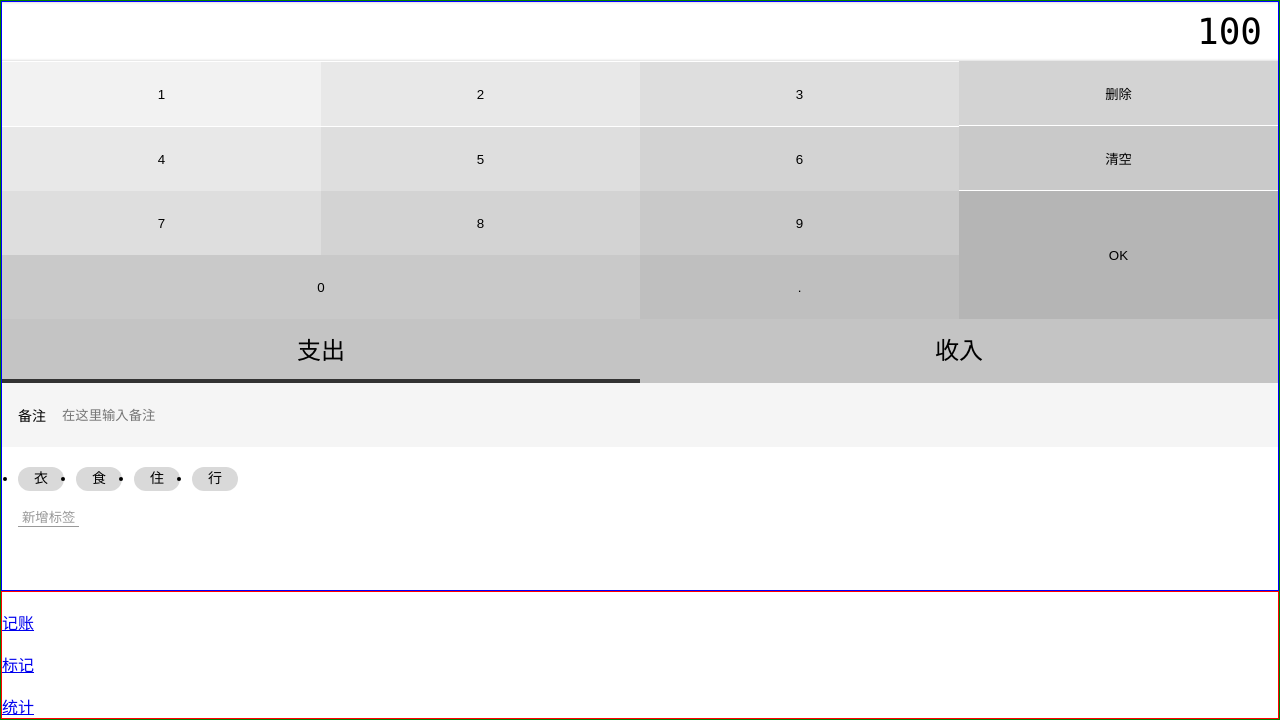
Repository: jiujiu407/bookkeeping
Page: /
These files come from the project's save history. The page is drawn as it stood at one moment and after the next save; the edit follows.
The browser window is 1280 px wide. The pictures show the whole page.
The project was rebuilt for these pictures with package versions that can differ from the ones it lists, and the page was loaded fresh each time. Also part of the build but not shown: vue.config.js, src/views/Labels.vue, src/views/Statistics.vue, src/views/NotFound.vue.

Above is the page before, as saved 2021-10-18 14:33:04.

### src/main.ts
import Vue from 'vue'
import App from './App.vue'
import './registerServiceWorker'
import router from './router'
import store from './store'
import Nav from '@/components/Nav.vue';
import Layout from '@/components/Layout.vue';
import Icon from '@/components/Icon.vue';

Vue.config.productionTip = false
Vue.component('Nav',Nav)
Vue.component('Layout',Layout)
Vue.component('Icon',Icon)
new Vue({
  router,
  store,
  render: h => h(App)
}).$mount('#app')

### src/App.vue
import router from '../.history/src/router/index_20211014144307';
<template>
<div>
  <router-view/>
</div>
</template>

<style lang="scss">
*{
  margin: 0;
  padding: 0;
  box-sizing: border-box;
}
#app {
  font-family: Avenir, Helvetica, Arial, sans-serif;
  -webkit-font-smoothing: antialiased;
  -moz-osx-font-smoothing: grayscale;
  text-align: center;
  color: #2c3e50;
}

#nav {
  padding: 30px;

  a {
    font-weight: bold;
    color: #2c3e50;

    &.router-link-exact-active {
      color: #42b983;
    }
  }
}
</style>

### src/router/index.ts
import Vue from 'vue'
import VueRouter, { RouteConfig } from 'vue-router'
import Money from '@/views/Money.vue'
import Labels from '@/views/Labels.vue'
import Statistics from '@/views/Statistics.vue'
import NotFound from '@/views/NotFound.vue'
Vue.use(VueRouter)

const routes: Array<RouteConfig> = [
  {
    // 根路径，重定向到money页面
    path:'/',
    redirect:'/money'
  },
 {
   path:'/money',
   component:Money
 },
 {
   path:'/labels',
   component:Labels
 },
 {
  path:'/statistics',
  component:Statistics
},
{
  // '*'指除了上面四个页面外的其他所有页面
  path:'*',
  component:NotFound
}
]

const router = new VueRouter({
  routes
})

export default router

### src/components/Nav.vue
<template>
    <div class="nav">
    <router-link to="/money">
   <Icon name="money"></Icon>
    记账</router-link>
    <router-link to="/labels">
    <Icon name="label"></Icon>
    标记</router-link>
    <router-link to="/statistics">
    <Icon name="statistics"></Icon>
    统计</router-link>
  </div>
</template>

<script lang="ts">
import Vue from 'vue'
export default Vue.extend({

})
</script>

// scoped:样式只在当前组件范围生效
<style lang="scss" scoped>

.nav{
    border:1px solid red;
}

</style>

### src/components/Layout.vue
<template>
    <div class="nav-wrapper">
        <div class="content">
           <slot></slot>
        </div>
     <Nav />
    </div>
</template>

<script>
    export default {

    }
</script>

<style lang="scss" scoped>
.nav-wrapper{
    border:1px solid green;
    display:flex;
    flex-direction: column;
    height: 100vh;
}
.content{
    // 1的意思是尽量把所有的高度都给content,其他部分占剩下的
    flex-grow: 1;
    overflow: auto;
    border: 1px solid blue;
}
</style>

### src/components/Icon.vue
<template>
    <div>
 <svg class="icon">
        <use :xlink:href="'#'+name"/>
    </svg>
    </div>
</template>

<script lang="ts">
let importAll = (requireContext: __WebpackModuleApi.RequireContext) => requireContext.keys().forEach(requireContext);
try{
    importAll(require.context('../assets/icons',true,/\.svg$/));
    }catch(error){
 console.log(error)
    }
    export default {
        props:['name']
    }
</script>

<style lang="scss" scoped>
   .icon{
       width: 1em;
       height: 1em;
       vertical-align: -0.15em;
       fill: currentColor;
       overflow: hidden;
   }
</style>

### src/views/Money.vue
import Money from '@/views/Money.vue';
import Layout from '@/components/Layout.vue';
<template>
    <div>
        <Layout class-prefix="layout">
          <div class="numberPad">
            <div class="output">100</div>
            <div class="buttons">
              <button>1</button>
              <button>2</button>
              <button>3</button>
              <button>删除</button>
              <button>4</button>
              <button>5</button>
              <button>6</button>
              <button>清空</button>
              <button>7</button>
              <button>8</button>
              <button>9</button>
              <button class="ok">OK</button>
              <button class="zero">0</button>
              <button>.</button>
            </div>
          </div>
          <div>
            <ul class="types">
              <li class="selected">支出</li>
              <li>收入</li>
            </ul>
          </div>
          <div>
            <label class="notes">
              <span class="name">备注</span>
              <input type="text" placeholder="在这里输入备注">
            </label>
          </div>
          <div class="tags">
            <div class="new">
              <button>新增标签</button>
            </div>
            <ul class="current">
              <li>衣</li>
              <li>食</li>
              <li>住</li>
              <li>行</li>
            </ul>
          </div>
        </Layout>
    </div>
</template>

<script>
    export default {
        name: "Money",
    }
</script>
<style lang="scss">
.layout-content{
  display: flex;
  flex-direction: column-reverse;
}
</style>
<style lang="scss" scoped>
@import "src/assets/style/helper";
.numberPad{
  .output{
    @extend %clearFix;
    @extend %innerShadow;
    font-size: 36px;
    font-family: Consolas, monospace;
    padding: 9px 16px;
    text-align: right;
  }
  .buttons{
    @extend %clearFix;
    > button{
      width: 25%;
      height: 64px;
      background: transparent;
      border: none;
      &.ok{
        height: 64*2px;
        float: right;
      }
      &.zero {
        width: 25% * 2;
      }
      $bg: #f2f2f2;
      &:nth-child(1){
        background: $bg;
      }
      &:nth-child(2),&:nth-child(5){
        background: darken($bg,4%);
      }
      &:nth-child(3),&:nth-child(6),&:nth-child(9){
        background: darken($bg,4*2%);
      }
      &:nth-child(4),&:nth-child(7),&:nth-child(10){
        background: darken($bg,4*3%);
      }
      &:nth-child(8),&:nth-child(11),&:nth-child(13){
        background: darken($bg,4*4%);
      }
      &:nth-child(14){
        background: darken($bg,4*5%);
      }
      &:nth-child(12){
        background: darken($bg,4*6%);
      }

    }
  }
}
.types{
  background: #c4c4c4;
  display: flex;
  text-align: center;
  font-size: 24px;
  > li {
    width: 50%;
    line-height: 64px;
    display: flex;
    justify-content: center;
    align-items: center;
    position: relative;
    &.selected::after {
      content: '';
      position: absolute;
      bottom: 0;
      left: 0;
      width: 100%;
      height: 4px;
      background: #333;
    }
  }
}
.notes{
  font-size: 14px;
  background: #f5f5f5;
  display: flex;
  padding-left: 16px;
  align-items: center;
  .name{
      padding-right: 16px;
  }
  input{
     height: 64px;
    flex-grow: 1;
    background: transparent;
    border: none;
    padding-right: 16px;
  }
}
.tags {
  font-size: 14px;
  padding: 16px;
  flex-grow: 1;
  display: flex;
  flex-direction: column-reverse;
  > .current {
    display: flex;
    flex-wrap: wrap;
    > li{
      background: #d9d9d9;
      $h:24px;
      height: $h;
      border-radius: $h/2;
      padding: 0 16px;
      margin-right: 12px;
      line-height: $h;
      margin-top: 4px;
    }
  }
  > .new{
    padding-top: 16px;
    button{
      background: transparent;
      border: none;
      color: #999;
      border-bottom: 1px solid;
      padding: 0 4px;
    }
  }
}
</style>

### src/assets/style/helper.scss
$font-hei: -apple-system, "Helvetica Neue", Helvetica, "Nimbus Sans L", Arial, "Liberation Sans", "PingFang SC", "Hiragino Sans GB", "Source Han Sans CN", "Source Han Sans SC", "Microsoft YaHei", "Wenquanyi Micro Hei", "WenQuanYi Zen Hei", "ST Heiti", SimHei, "WenQuanYi Zen Hei Sharp", sans-serif;
$font-kai:Baskerville, Georgia, "Liberation Serif", "Kaiti SC", STKaiti, "AR PL UKai CN", "AR PL UKai HK", "AR PL UKai TW", "AR PL UKai TW MBE", "AR PL KaitiM GB", KaiTi, KaiTi_GB2312, DFKai-SB, "TW\-Kai", serif;
$font-song: Georgia, "Nimbus Roman No9 L", "Songti SC", STSong, "AR PL New Sung", "AR PL SungtiL GB", NSimSun, SimSun, "TW\-Sung", "WenQuanYi Bitmap Song", "AR PL UMing CN", "AR PL UMing HK", "AR PL UMing TW", "AR PL UMing TW MBE", PMingLiU, MingLiU, serif;
$color-hughlight: #f00;

%clearFix{
  &::after{
    content: '';
    clear: both;
    display: block;
  }
}
$color-shadow: rgba(0,0,0,0.25);
%outerShadow{
  box-shadow: 0 0 3px $color-shadow;
}
%innerShadow{
  box-shadow: inset 0 -3px 3px -3px $color-shadow,
  inset 0 3px 3px -3px $color-shadow;
}

Loaded but not shown: public/index.html (common file); src/registerServiceWorker.ts (common file); src/store/index.ts (common file)

After the next save:
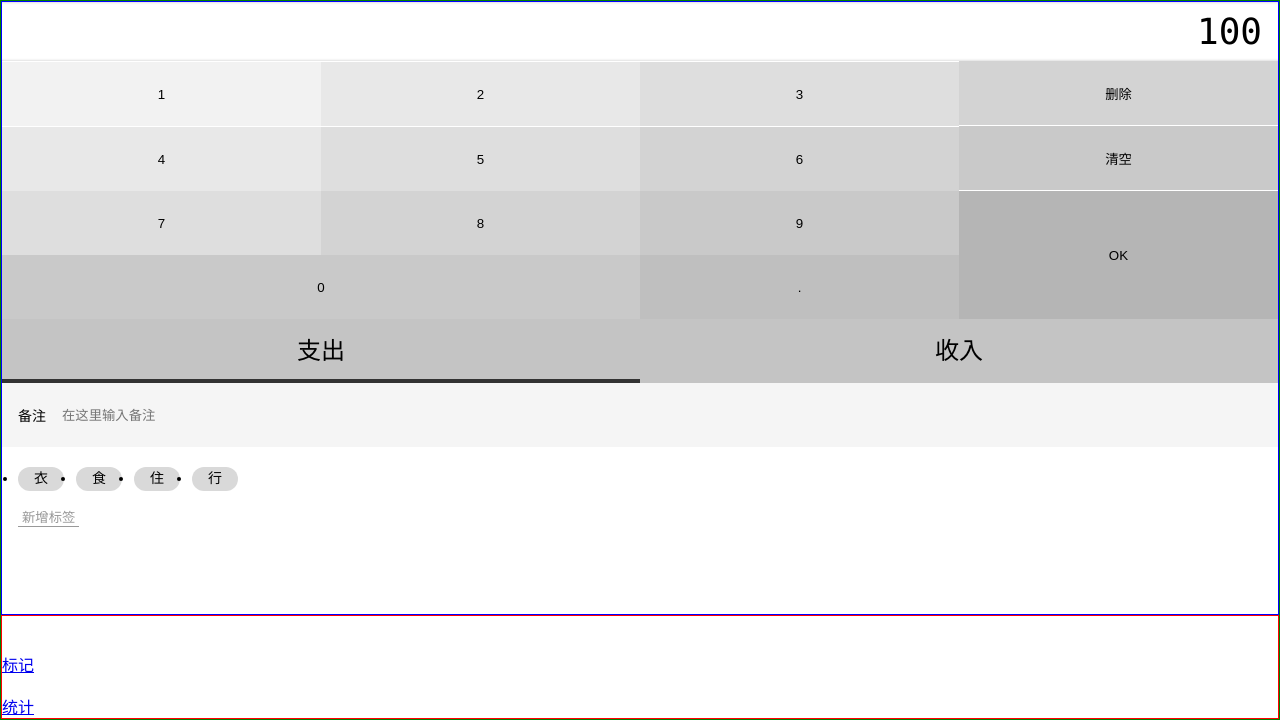
Saved 23 h 58 min later.
--- a/src/components/Nav.vue
+++ b/src/components/Nav.vue
@@ -2,7 +2,7 @@
     <div class="nav">
     <router-link to="/money">
    <Icon name="money"></Icon>
-    记账</router-link>
+    </router-link>
     <router-link to="/labels">
     <Icon name="label"></Icon>
     标记</router-link>

After the 3 saves that followed:
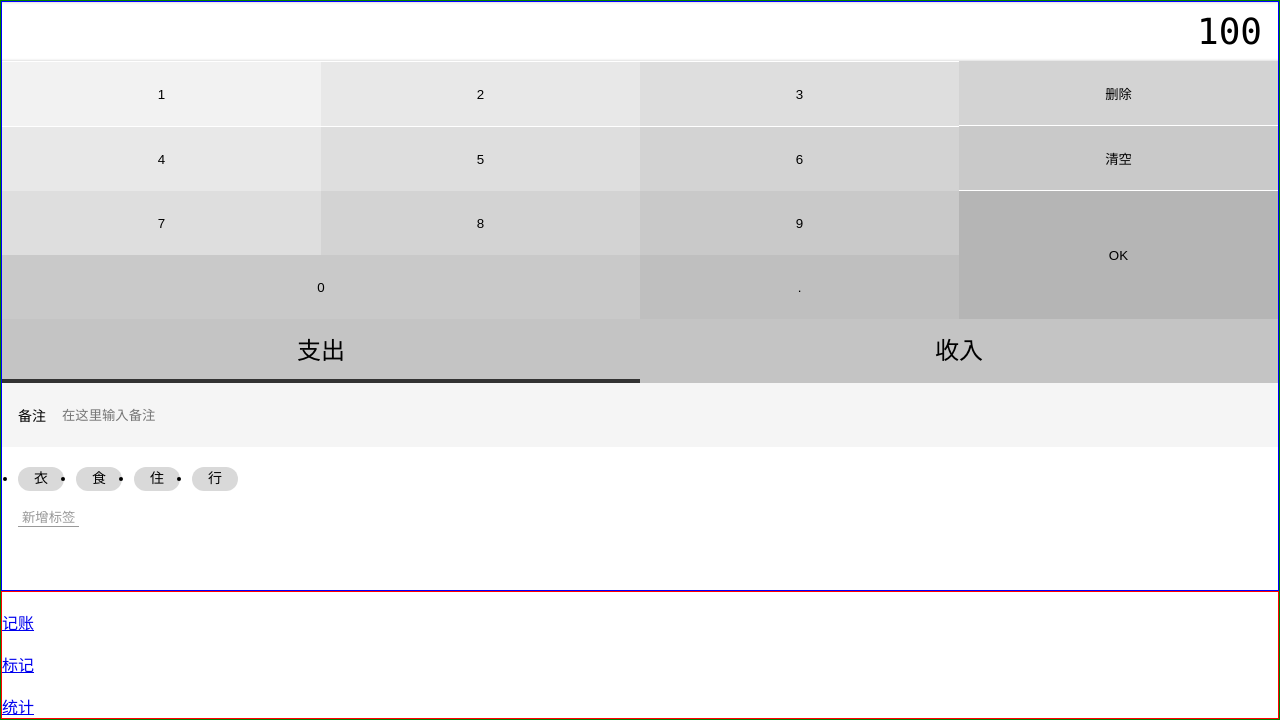
The 3 saves are shown as one change because 1 left the picture as it was and some came seconds apart.
The last was saved 27 s later.
--- a/src/components/Nav.vue
+++ b/src/components/Nav.vue
@@ -2,7 +2,7 @@
     <div class="nav">
     <router-link to="/money">
    <Icon name="money"></Icon>
-    </router-link>
+    记账</router-link>
     <router-link to="/labels">
     <Icon name="label"></Icon>
     标记</router-link>
